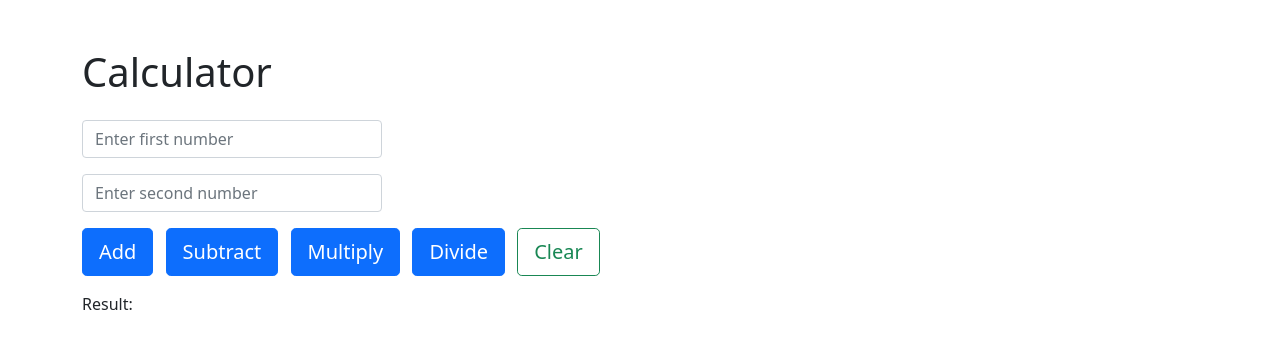
Repository: SHASHIDHAR-as/Spring
Page: spring-jsp-servelets/webapp/Webapp1/src/main/webapp/Calculator.html
The author's editor kept a copy of each file at every save. The page is drawn from the files as they stood at one save, then again after the next save.
The browser window is 1280 px wide. The pictures show the whole page.

Above is the page before, as saved 2024-07-31 06:18:06.

### spring-jsp-servelets/webapp/Webapp1/src/main/webapp/Calculator.html
<!DOCTYPE html>
<html>
<head>
<meta charset="UTF-8">
<title>Calculator</title>
 <!-- Bootstrap CSS -->
<link href="https://cdn.jsdelivr.net/npm/bootstrap@5.0.2/dist/css/bootstrap.min.css" rel="stylesheet" integrity="sha384-EVSTQN3/azprG1Anm3QDgpJLIm9Nao0Yz1ztcQTwFspd3yD65VohhpuuCOmLASjC" crossorigin="anonymous">
<style>
    .custom-width {
        max-width: 300px; /* Adjust the width as needed */
    }
</style>
<script src="Scripts/calcscript.js"></script>
</head>
<body>
	<div class="container mt-5">
		<h1 class="mb-4">Calculator</h1>
		<div class="mb-3">
			<input class="form-control custom-width" type="text" id="num1" placeholder="Enter first number">
		</div>
		<div class="mb-3">
			<input class="form-control custom-width" type="text" id="num2" placeholder="Enter second number">
		</div>
		<div class="mb-3">
			<button class="btn btn-lg btn-primary me-2" onclick="calculate('A')">Add</button>
			<button class="btn btn-lg btn-primary me-2" onclick="calculate('S')">Subtract</button>
			<button class="btn btn-lg btn-primary me-2" onclick="calculate('M')">Multiply</button>
			<button class="btn btn-lg btn-primary me-2" onclick="calculate('D')">Divide</button>
			<button class="btn btn-lg btn-outline-success" onclick="clearvalue()">Clear</button>
		</div>
		<p id="result" class="mt-3">Result: </p>
	</div>
</body>
</html>

### spring-jsp-servelets/webapp/Webapp1/src/main/webapp/Scripts/calcscript.js
/**
 *

function add(){
    var num1 = parseFloat(document.getElementById("num1").value);
    var num2 = parseFloat(document.getElementById("num2").value);
    document.getElementById("result").innerHTML=" Result is :"+(num1+num2);
    alert(num1 + num2);
}
function sub(){
    var num1 = parseFloat(document.getElementById("num1").value);
    var num2 = parseFloat(document.getElementById("num2").value);
    document.getElementById("result").innerHTML=" Result is :"+(num1-num2);
    alert(num1 - num2);
}
 */


 function calculate(option){
	var num1 = parseFloat(document.getElementById("num1").value);
    var num2 = parseFloat(document.getElementById("num2").value);
    if(isNaN(num1) ||isNaN(num2)){
		alert("Please enter proper values");
		return
	}
	switch(option){
		case 'A':result=num1+num2;
				break;

    	case 'S':
			   result=num1-num2;
				break;
    	case 'M':
			    result=num1*num2;
				break;
    	case 'D':
			    result=num1/num2;
				break;
	}
	document.getElementById("result").innerHTML=" Result is :"+result;
    			alert(result);



 }

 function clearvalue(){
  document.getElementById("num1").value="";
   document.getElementById("num2").value="";
    document.getElementById("result").innerHTML="";

}

After the next save:
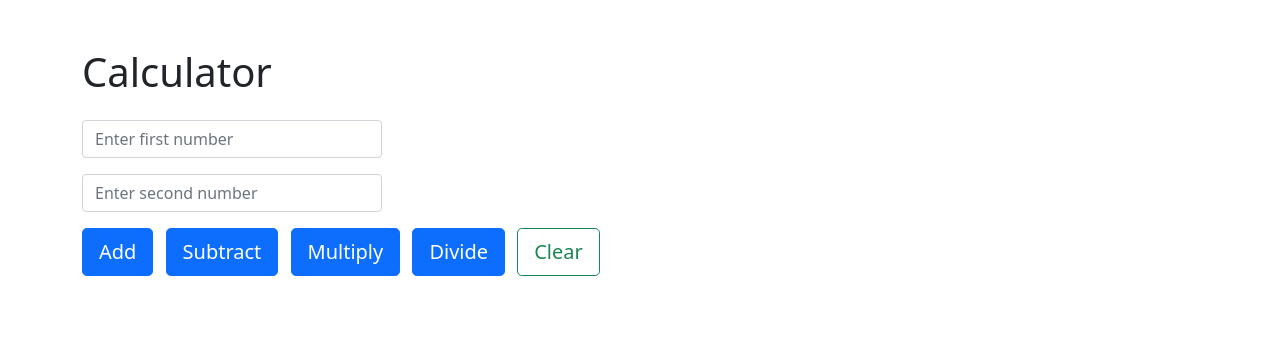
Saved 15 s later.
--- a/spring-jsp-servelets/webapp/Webapp1/src/main/webapp/Calculator.html
+++ b/spring-jsp-servelets/webapp/Webapp1/src/main/webapp/Calculator.html
@@ -28,7 +28,7 @@
 			<button class="btn btn-lg btn-primary me-2" onclick="calculate('D')">Divide</button>
 			<button class="btn btn-lg btn-outline-success" onclick="clearvalue()">Clear</button>
 		</div>
-		<p id="result" class="mt-3">Result: </p>
+		<p id="result" class="mt-3"> </p>
 	</div>
 </body>
 </html>
